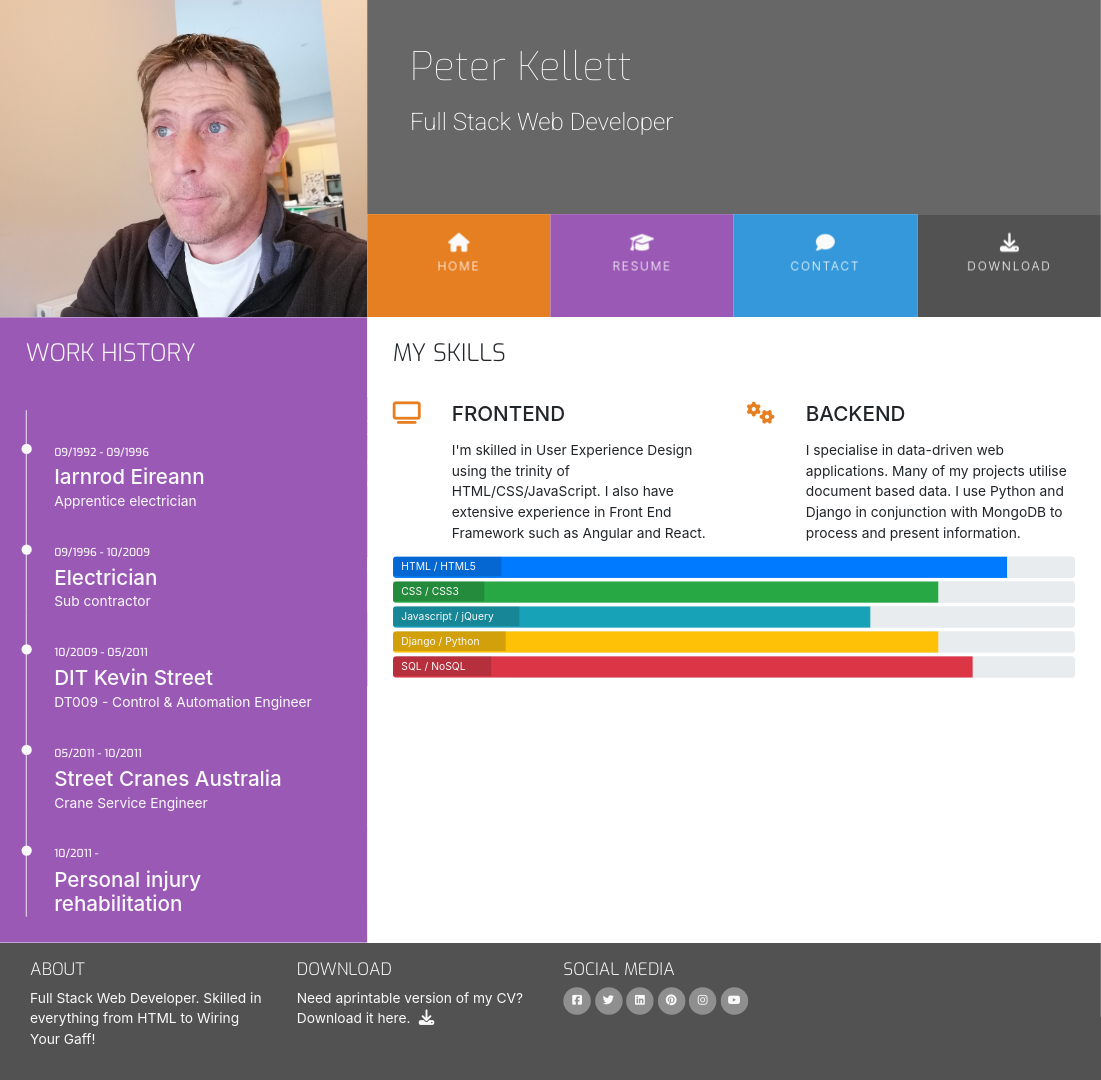
Repository: PeterKellett/resume-tutorial
Page: resume.html
The author's editor kept a record of every edit. The page is drawn from the files as they stood at one moment, then again after the next edit.
The browser window is 1280 px wide. The pictures show the whole page, at 86% of full size.
Some web libraries are served in a nearby version.

Above is the page before.

After the next edit:
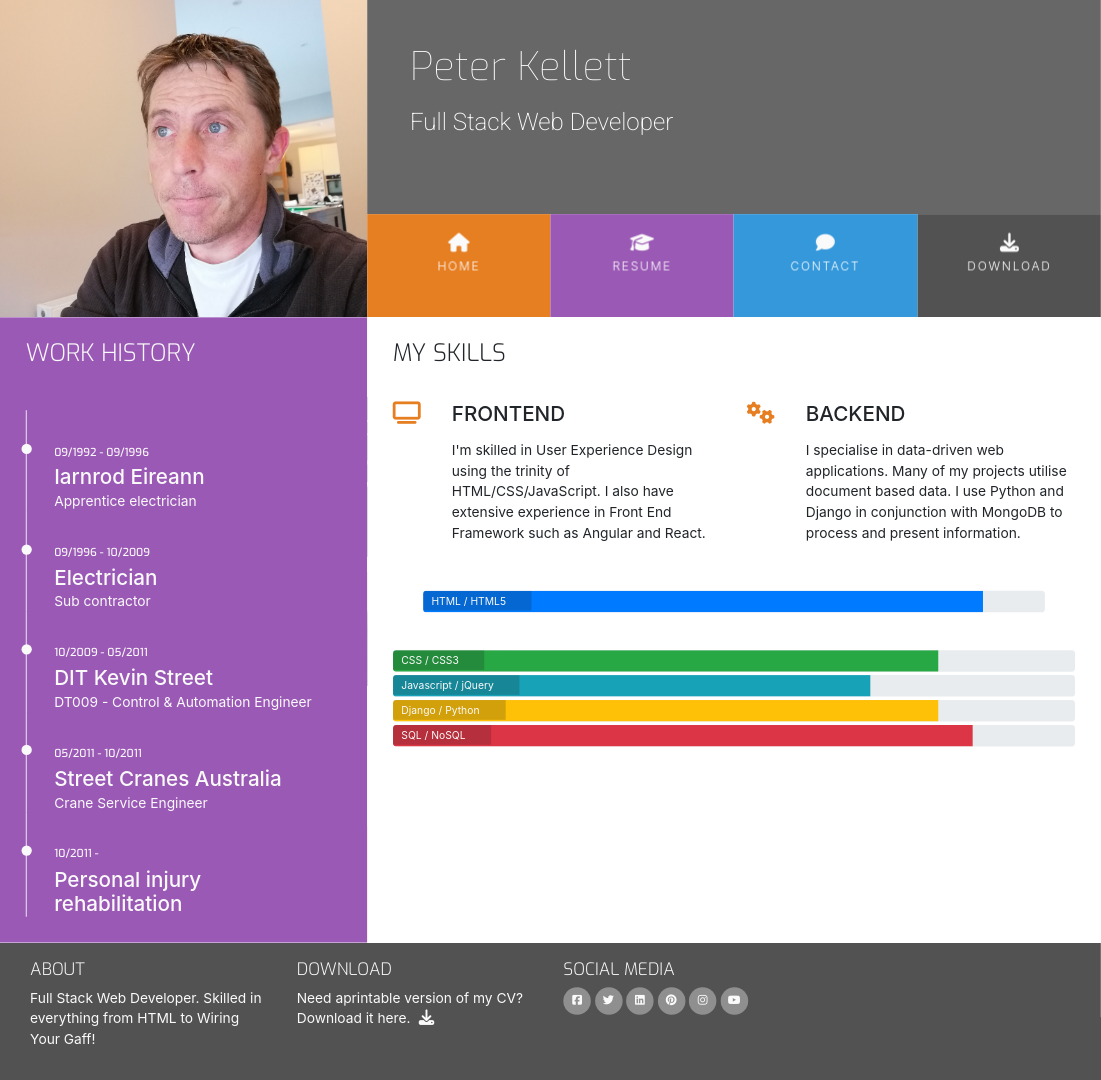
The edit:
--- a/resume.html
+++ b/resume.html
@@ -114,7 +114,7 @@
                         </div>
                     </div>
                 </div>
-                <div class="row">
+                <div class="row progress-section">
                     <div class="col">
                         <div class="progress">
                             <div class="progress-bar" role="progressbar" aria-valuenow="90" aria-valuemin="0" aria-valuemax="100" style="width:90%;">
